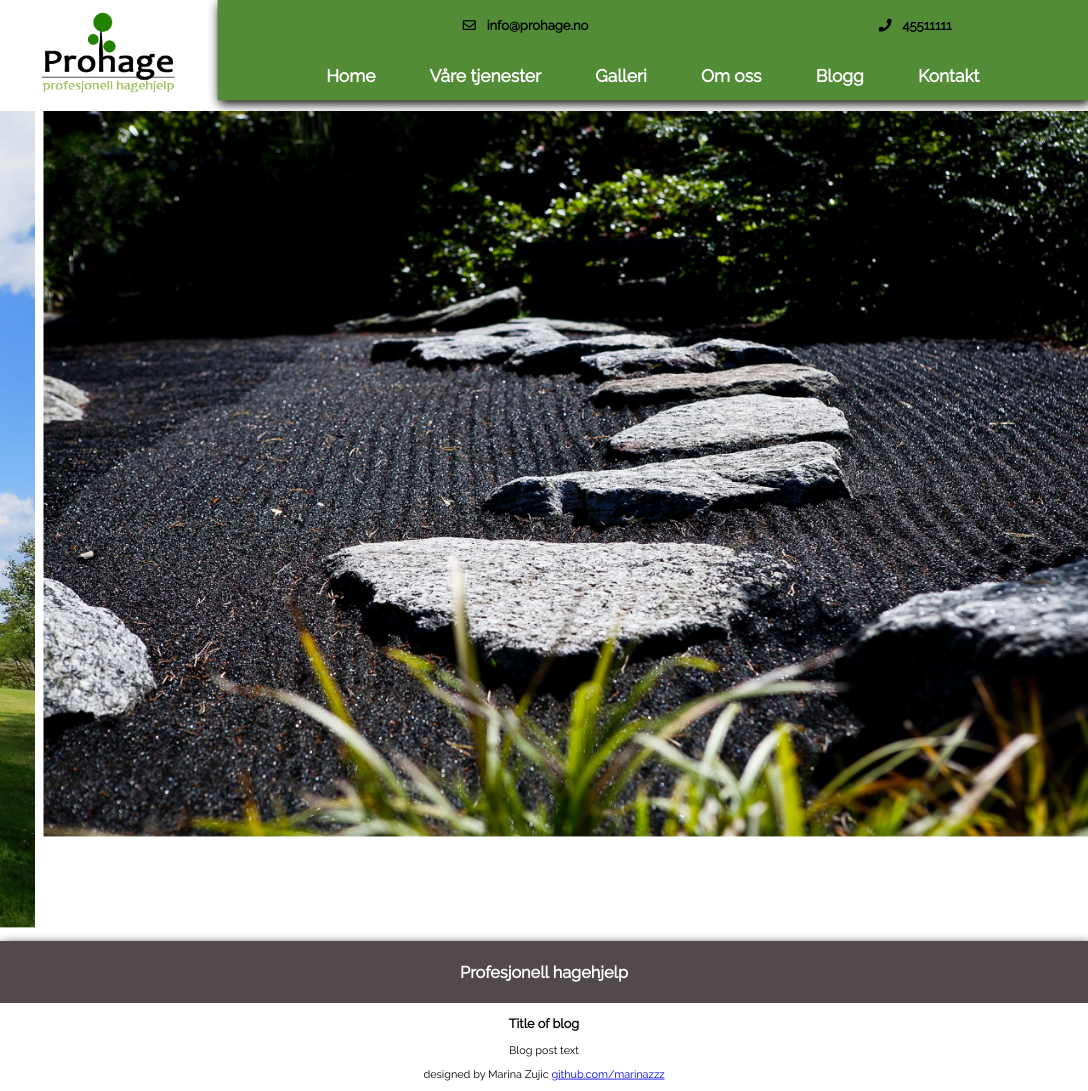
Repository: marinazzz/garden-design-website
Page: Garden design website/index.html
An editor plug-in stored every save of this project. The page is shown before and after the next save, followed by the edit.
The browser window is 1280 px wide. The pictures show the whole page, at 85% of full size.

Above is the page before, as saved 2020-03-28 20:27:31.

### Garden design website/index.html
<!DOCTYPE html>
<html lang="nb">
<head>
    <title>Hagedesign Oslo</title>
    <link rel="stylesheet" type="text/css" href="CSS/fontawesome-free-5.12.1-web/css/all.min.css">
    <link rel="stylesheet" type="text/css" href="CSS/style.css"/>
    <link rel="stylesheet" type="text/css" href="CSS/min-width-768px.css">
    <link rel="stylesheet" type="text/css" href="CSS/min-width-992px.css">
    <link rel="stylesheet" href="https://cdnjs.cloudflare.com/ajax/libs/animate.css/3.7.2/animate.min.css">
    <link rel="stylesheet" type="text/css" href="PLUGINS/glide-master/dist/css/glide.core.min.css" />
    <link rel="stylesheet" type="text/css" href="PLUGINS/glide-master/dist/css/glide.theme.min.css" />
    <link href="https://fonts.googleapis.com/css?family=Raleway&display=swap" rel="stylesheet">
    <meta name="viewport" content="width=device-width, initial-scale=1" charset="UTF-8">
</head>
<body>
    <header class="header--white-green">
        <div class="container__menu--small container__menu "> <!--grid container-->
            <div class="container__logo"> <!--1.column-->
                <img class="logo"src="images/prohage black.png" alt="Prohage logo">
            </div>
            <div class="container__items--small container__items"> <!--2.column-->
                <div class="container__item"> <!--1.row-->
                     <a href="mailto:info@prohage.no"
                         class ="container__item-txt"><i class="far fa-envelope"></i>info@prohage.no</a>
                     <a href="tlf:45511111"
                         class="container__item-txt"><i class="fas fa-phone"></i>45511111</a>
                </div>
               <div class="container__item-bottom"> <!--2.row-->
                   <button class="menu__toggle">
                       <i class="fas fa-bars"></i>
                   </button>
                   <nav id="menu">
                        <ul class="menu__list">
                            <li class="menu__item">
                                <a class="menu__link" href="home">Home</a>
                            </li>
                            <li class="menu__item">
                                <a class="menu__link" href="#services">Våre tjenester</a>
                            </li>
                            <li class="menu__item">
                                <a class="menu__link" href="#gallery">Galleri</a>
                            </li>
                            <li class="menu__item">
                                <a class="menu__link" href="#about">Om oss</a>
                            </li>
                            <li class="menu__item">
                                <a class="menu__link" href="#blog">Blogg</a>
                            </li>
                            <li class="menu__item">
                                <a class="menu__link" href="kontakt">Kontakt</a>
                            </li>
                       </ul>
                   </nav>
               </div>
            </div>
        </div>
        <section id="main-photo">
            <div class="glide">
                <div class="glide__track"
                     data-glide-el="track">
                    <ul class="glide__slides">
                        <li class="glide__slide">
                            <img class="main-photo__item"
                            srcset="images/architecture-clouds-daylight-2000.jpg 2000w,
                                        images/architecture-clouds-daylight-1000.jpg 1000w"
                                 sizes="(min-width: 1440px) 2000px, 100vw"
                                 src="images/architecture-clouds-daylight-2000.jpg" alt="Garden">
                                </li>
                        <li class="glide__slide">
                            <img class="main-photo__item"
                            srcset="images/daylight-environment-garden-2000.jpg 2000w,
                                    images/daylight-environment-garden-1000.jpg 1000w"
                            sizes="(min-width: 1440px) 2000px, 100vw"
                            src="images/daylight-environment-garden-2000.jpg" alt="Garden and plants" >
                        </li>
                        <li class="glide__slide">
                            <img class="main-photo__item"
                            srcset="images/main-header-photo-2000.jpg 2000w,
                                    images/main-header-photo-1000.jpg 1000w"
                                    sizes="(min-width: 1440px) 2000px, 100vw"
                                    src="images/main-header-photo-2000.jpg" alt="Garden and plants" >
                                </li>
                        <li class="glide__slide">
                            <img class="main-photo__item"
                            srcset="images/header-photo-2000.jpg 2000w,
                            images/header-photo-1000.jpg 1000w"
                            sizes="(min-width: 1440px) 2000px, 100vw"
                            src="images/header-photo-2000.jpg" alt="Garden designed by proffesional" >
                        </li>
                        <li class="glide__slide">
                            <img class="main-photo__item"
                            srcset="images/bloom-blooming-blur-2000.jpg 2000w,
                            images/bloom-blooming-blur-1000.jpg 1000w"
                            sizes="(min-width: 1440px) 2000px, 100vw"
                            src="images/bloom-blooming-blur-2000.jpg" alt="Garden designed by proffesional" >
                        </li>
                    </ul>
                    <h1 class="animated slideInLeft slower main-photo__title">Profesjonell hagehjelp</h1>
                </div>
                <!--<div class="glide__arrows"
                         data-glide-el="controls">
                        <button class="glide__arrow glide__arrow--left"
                                data-glide-dir="<">
                            <i class="fas fa-chevron-circle-left"></i>
                        </button>
                        <button class="glide__arrow glide__arrow--right"
                                data-glide-dir=">">
                            <i class="fas fa-chevron-circle-right"></i>
                        </button>
                    </div>-->
            </div>

            <!--<img class="main-photo__item1"
                 srcset="images/architecture-clouds-daylight-2000.jpg 2000w,
                         images/architecture-clouds-daylight-1000.jpg 1000w"
                 sizes="(min-width: 1440px) 2000px, 100vw"
                 src="images/architecture-clouds-daylight-2000.jpg" alt="Garden">
            <img class="main-photo__item2"
                 srcset="images/header-photo-2000.jpg 2000w,
                         images/header-photo-1000.jpg 1000w"
                 sizes="(min-width: 1440px) 2000px, 100vw"
                 src="images/header-photo-2000.jpg" alt="Garden designed by proffesional" >
            <img class="main-photo__item3"
                 srcset="images/main-header-photo-2000.jpg 2000w,
                         images/main-header-photo-1000.jpg 1000w"
                 sizes="(min-width: 1440px) 2000px, 100vw"
                 src="images/main-header-photo-2000.jpg" alt="Garden and plants" >
            <h1 class="main-photo__title">Profesjonell hagehjelp</h1>-->
        </section>
     </header>
     <main>
         <section id="services">

         </section>
         <section id="gallery">

        </section>
         <article id="blog-posts">
             <h3>Title of blog</h2>
             <p>Blog post text</p>
         </article>
         <section id="about oss">

        </section>
     </main>
     <footer>
	     <p>designed by Marina Zujic
		     <a href="https://github.com/marinazzz">github.com/marinazzz</a>
	     </p>
     </footer>
     <script src="PLUGINS/glide-master/dist/glide.min.js"></script>
     <script>
        new Glide('.glide', {
            type: 'carousel',
            autoplay: true,
            hoverpause: false,
            perView: 1,
            animationDuration: 8000
        }).mount()
      </script>
     <script src="JS/js-app.js"></script>
</body>
</html>

### Garden design website/CSS/style.css
html {
  font-size: 62.5%;
}

body {
  margin: 0;
  padding: 0;
  text-align: center;
  box-sizing: border-box;
  font-family: 'Raleway', sans-serif;
}

       /*__ HEADER__ */

/*color styles*/
.header--white-green {
  --header-bg-color: #528C36;
  --header-link-color: black;
  --header-menu-link: #fff;
  --header-toggle-color: #528C36;
}

/*main style*/
.container__menu--small {
  display: flex;
  justify-content: space-around;
}

.logo {
  max-height: 8rem;
}

.container__items--small {
  display: grid;
  grid-template-rows: 1fr 1fr;
  align-content: flex-end;
  width: 250px;
}

.container__item {
  align-self: center;
}

.container__item, .container__item-bottom {
  text-align: end;
}

.container__item-txt {
  color: var(--header-link-color);
  text-decoration: none;
  font-size: 1.2rem;
}

.container__item > a:first-of-type {
  padding-right: 1.6rem;
}

.container__item-bottom > nav {
  text-align: center;
}

.menu__toggle {
  color: var(--header-bg-color);
  box-sizing: border-box;
  border: none;
  background-color: transparent;
  outline: none;
  font-size: 3rem;
  line-height: 0;
  padding: 0.5rem;
  color: var(--header-toggle-color);
  position: relative;
  z-index: 100;
}

.fa-phone, .fa-envelope {
  margin-right: 1rem;
}


/* MENU */

#menu {
  position: absolute;
  top: auto;
  left: 0;
  width: 100%;
  padding-top: 1rem;
  background-color: var(--header-bg-color);
  z-index: 20;
}

.menu__list {
  padding: 0;
  margin: 0;
  display: flex;
  flex-direction: column;
}

.menu__item {
  display: block;
  margin-bottom: 1rem;
}

.menu__link {
  color: var(--header-menu-link);
  text-decoration: none;
  font-size: 1.6rem;
}

.menu-opened {
  display: none;
}


/*FOR SMALL DEVICES*/

@media screen and (max-width: 420px) {

  .logo {
    max-height: 7rem;
  }

  .container__items--small {
    width: auto;
    align-self: center;
  }

  .container__item > a:first-of-type {
    padding-right: 1.3rem;
  }

  .container__item {
    text-align: center;
  }

  .fa-phone, .fa-envelope {
    margin-right: 0.3rem;
  }
}

/* MAIN PICTURE */

#main-photo {
  position: relative;
}

.main-photo__item {
   width: 100%;
}

/* GLIDE SLIDER CSS OVERRIDES */
#main-photo .glide__arrow  {
  font-size: 4rem;
  padding: 0;
  border-color: transparent;
  box-shadow: none;
  border-radius: 50%;
  line-height: 0;
  transition: all 200ms ease-in-out;
}

#main-photo .glide__arrow:hover {
  border-color: #252525;
  color: #252525;
}

.glide {
  margin-block-end: 0;
}

.main-photo__title {
  position: relative;
  color: white;
  background-color: #524a4a;
  filter: drop-shadow(2px 4px 6px black);
  padding: 2rem;
  margin: 0;
  z-index: 2;
  /*animation-name: main-txt;*/
  animation-duration: 10s;
  animation-iteration-count: initial;
}

@keyframes main-txt {
  0% {top: -500px;}
  100% {top: 0;}
}

/*#main-photo {
  position: relative;
}

.main-photo__item {
   width: 100%;
}

.main-photo__title {
  position: absolute;
  bottom: 1rem;
  left: 20rem;
  font-size: 2rem;
}*/



/*1. COLOR OPTION*/
/* CSS variables*/
/* :root {
  --header-bg-color: #4daa57;
  --header-top-bg-color: #252525;
  --header-toggle-color: #fff;
}*/

/*.top-header__item {
  color: var(--header-link-color);
  text-decoration: none;
  font-size: 1.4rem;
}*/


/*------MAIN----------*/

### Garden design website/CSS/min-width-768px.css
@media screen and (min-width: 768px) {

  html {
    font-size: 70%;
  }

   /* HEADER */

   .container__menu {
    display: grid;
    grid-template-columns: 2fr 80%;;
  }

  .logo {
    z-index: 100;
  }

  .container__items {
    display: grid;
    grid-template-rows: 1fr 1fr;
    background: var(--header-bg-color);
    width: auto;
    filter: drop-shadow(2px 4px 6px black);
  }

  .container__item {
    align-self: center;
    display: flex;
    justify-content: space-around;
    /*padding-left: 23rem;*/
  }

  .container__item-bottom {
    display: flex;
    align-items: center;
  }

  .menu__toggle {
    display: none;
  }

  /* NAVIGATION */

  .menu-opened .menu__item .menu__link {
    display: block;
  }

  #menu {
    display: block;
    position: static;
    padding: 0;
    top: 0;
  }

  .menu__list {
    flex-direction: row;
    justify-content: space-evenly;
  }

  .menu__item {
    margin: 0;
  }

  .menu__item:hover {
    background-color:#272727;
  }

  .menu__link:active {
    color:black;
  }

  .menu__link, .container__item-txt {
    font-weight: bold;
  }


  /* color styles */

  :root {
    /*header*/
    --header-bg-color:#528C36;
    --link-color: #FCFDF9;
  }

}

### Garden design website/CSS/min-width-992px.css
@media screen and (min-width: 992px) {
    html {
        font-size: 80%;
    }

    .logo {
        max-height: 9rem;
    }

    .container__item {
        padding-left: 10rem;
    }

    .container__item-bottom {
        padding: 0 5rem;
    }
}

@media screen and (min-width: 1440px) {
    .container__item {
        padding-left: 22rem;
    }
}

@media screen and (min-width: 2560px) {

    .logo {
        max-height: 12rem;
    }

    .container__item {
        justify-self: center;
    }

    .container__item > a:first-of-type {
        padding: 0 13rem;
    }

    .container__item-bottom {
        padding: 0 40rem;
    }
}

### Garden design website/JS/js-app.js
let mainNav = document.getElementById("menu");

let navBarToggle = document.querySelector(".menu__toggle");

navBarToggle.addEventListener("click", function () {

    mainNav.classList.toggle("menu-opened");
});

Loaded but not shown: Garden design website/CSS/fontawesome-free-5.12.1-web/css/all.min.css (library); Garden design website/PLUGINS/glide-master/dist/css/glide.core.min.css (common file); Garden design website/PLUGINS/glide-master/dist/css/glide.theme.min.css (common file); Garden design website/PLUGINS/glide-master/dist/glide.min.js (library)

After the next save:
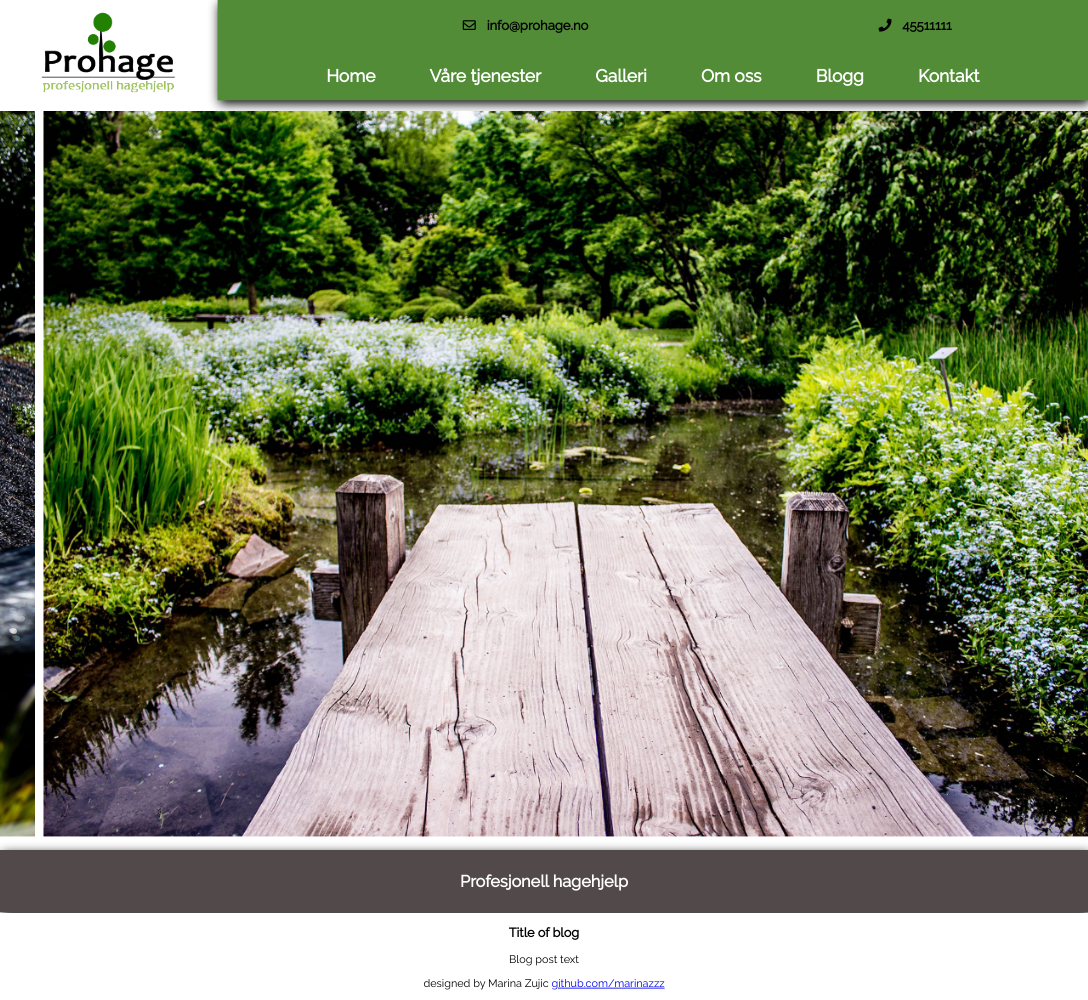
Saved 4 min 17 s later.
--- a/Garden design website/index.html
+++ b/Garden design website/index.html
@@ -61,13 +61,6 @@
                     <ul class="glide__slides">
                         <li class="glide__slide">
                             <img class="main-photo__item"
-                            srcset="images/architecture-clouds-daylight-2000.jpg 2000w,
-                                        images/architecture-clouds-daylight-1000.jpg 1000w"
-                                 sizes="(min-width: 1440px) 2000px, 100vw"
-                                 src="images/architecture-clouds-daylight-2000.jpg" alt="Garden">
-                                </li>
-                        <li class="glide__slide">
-                            <img class="main-photo__item"
                             srcset="images/daylight-environment-garden-2000.jpg 2000w,
                                     images/daylight-environment-garden-1000.jpg 1000w"
                             sizes="(min-width: 1440px) 2000px, 100vw"
@@ -83,14 +76,14 @@
                         <li class="glide__slide">
                             <img class="main-photo__item"
                             srcset="images/header-photo-2000.jpg 2000w,
-                            images/header-photo-1000.jpg 1000w"
+                                    images/header-photo-1000.jpg 1000w"
                             sizes="(min-width: 1440px) 2000px, 100vw"
                             src="images/header-photo-2000.jpg" alt="Garden designed by proffesional" >
                         </li>
                         <li class="glide__slide">
                             <img class="main-photo__item"
                             srcset="images/bloom-blooming-blur-2000.jpg 2000w,
-                            images/bloom-blooming-blur-1000.jpg 1000w"
+                                    images/bloom-blooming-blur-1000.jpg 1000w"
                             sizes="(min-width: 1440px) 2000px, 100vw"
                             src="images/bloom-blooming-blur-2000.jpg" alt="Garden designed by proffesional" >
                         </li>
